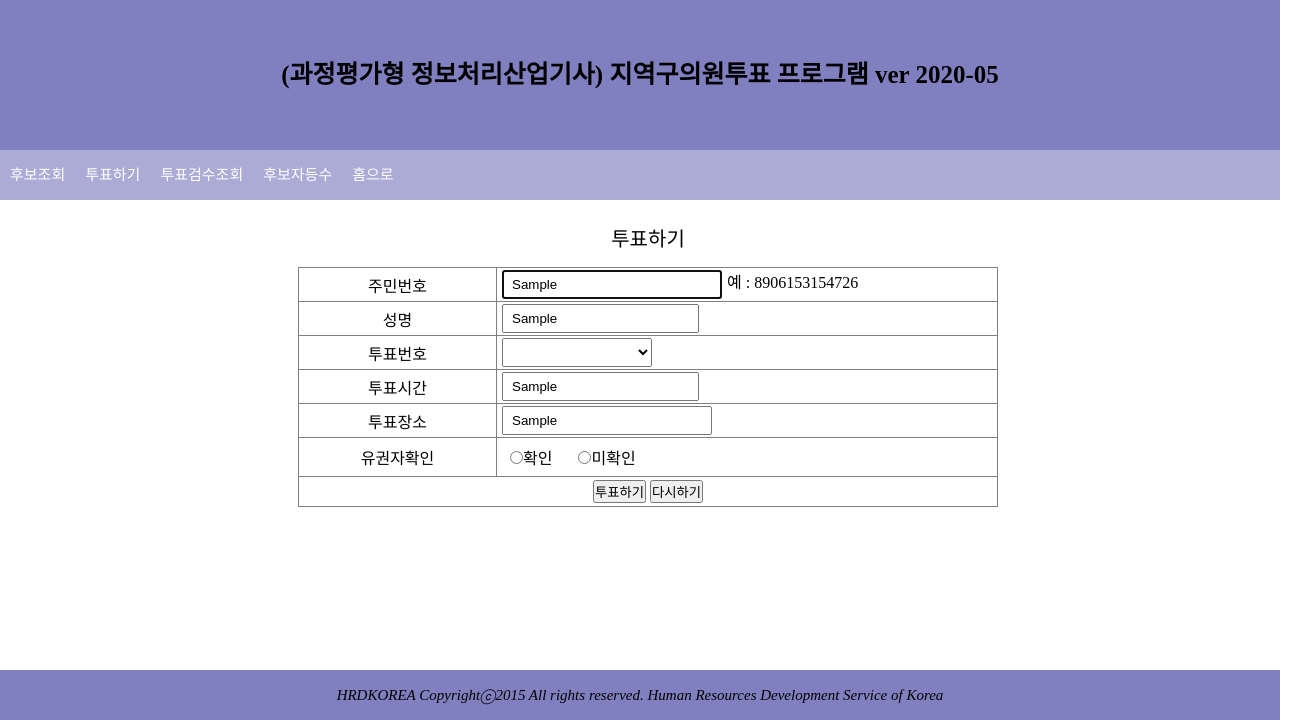
Repository: eunbiro/HRD_1236
Page: http://localhost/HRD_1235/add
The author's editor kept a copy of each file at every save. The page is drawn from the files as they stood at one save, then again after the next save.
The browser window is 1280 px wide. The page is 1296 px wide, so the pictures cover 1296 px, including what lies to the right of the window. The pictures show the whole page.
Empty fields were first filled with sample values (such as "Sample", 5 or name@example.com).
After loading, the first visible `button.btn` was clicked once.
The page is served by Tomcat 9.

Above is the page before, as saved 2022-12-22 07:49:36.

After the next save:
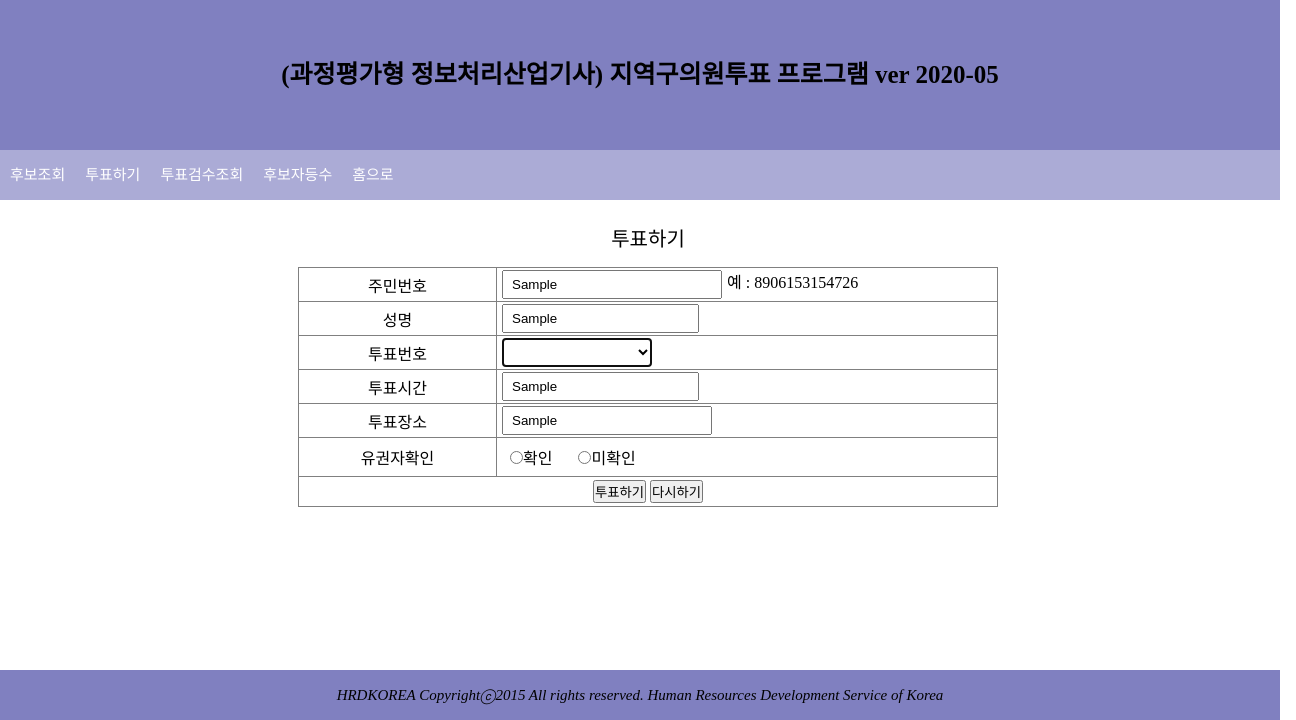
Saved 34 s later.
--- a/HRD_1235/src/main/webapp/script.js
+++ b/HRD_1235/src/main/webapp/script.js
@@ -29,7 +29,7 @@ function fn_submit() {
 		return false;
 	}
 
-	if (fn.number.value == "") {
+	if (fn.number.value == "" || fn.number.value == 0) {
 		alert("후보번호가 선택되지 않았습니다!");
 		fn.number.focus();
 		return false;
